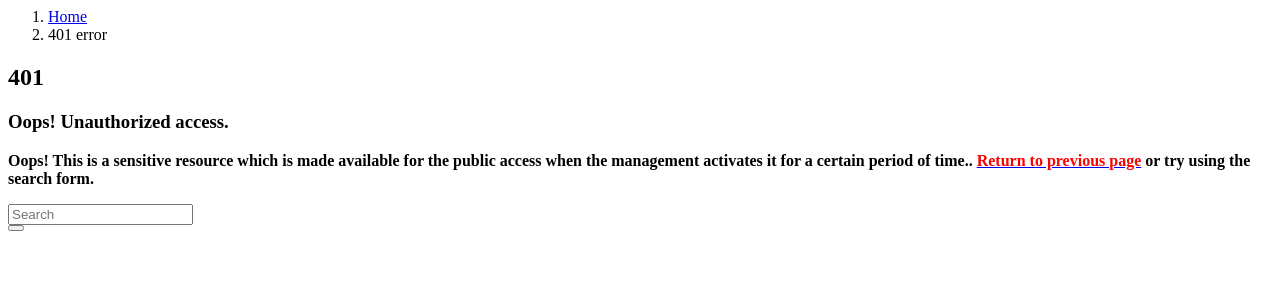
Repository: sanjeev167/IndiaOnLineVoting_3112020
Page: http://localhost/IndiaOnLineVoting/WEB-INF/jsp/resultNotPublished.jsp
These files come from the project's save history. The page is drawn as it stood at one moment and after the next save; the edit follows.
The browser window is 1280 px wide. The pictures show the whole page.
The page is served by Tomcat 9. Nobody is signed in. The template is opened directly, without the code that normally fills it, so the values that code supplies are empty.

Above is the page before, as saved 2020-11-10 16:38:11.

After the next save:
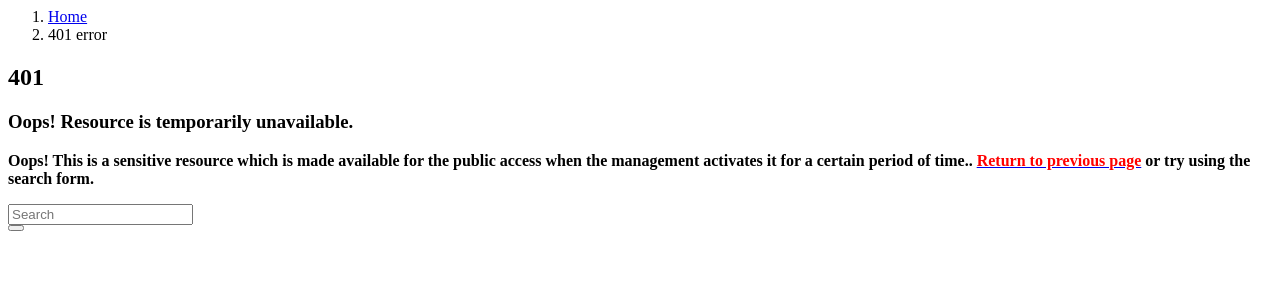
Saved 102 s later.
--- a/IndiaOnLineVoting/src/main/webapp/WEB-INF/jsp/resultNotPublished.jsp
+++ b/IndiaOnLineVoting/src/main/webapp/WEB-INF/jsp/resultNotPublished.jsp
@@ -22,8 +22,7 @@
 
 			<div class="error-content">
 				<h3>
-					<i class="fa fa-warning text-red"></i><strong> Oops!
-						Unauthorized access.</strong>
+					<i class="fa fa-warning text-red"></i><strong> Oops! Resource is temporarily unavailable.</strong>
 				</h3>
 
 				<p>
